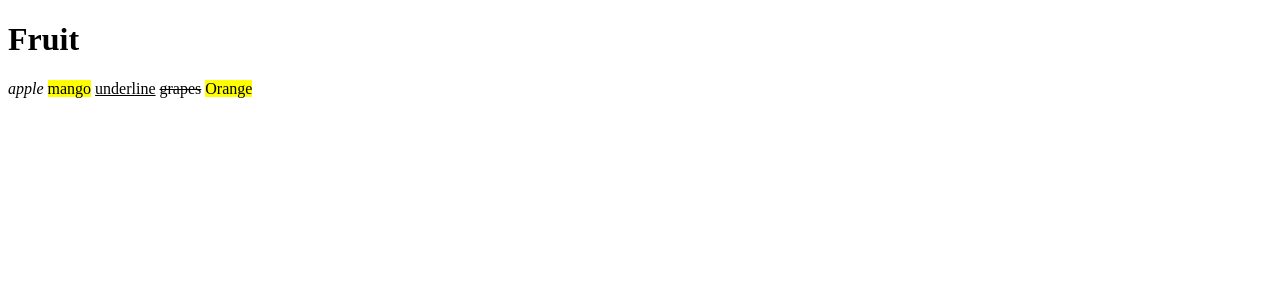
Repository: UshaWorks/WebTech
Page: HTML/index.html
These files come from the project's save history. The page is drawn as it stood at one moment and after the next save; the edit follows.
The browser window is 1280 px wide. The pictures show the whole page.

Above is the page before, as saved 2026-10-12 18:00:37.

After the next save:
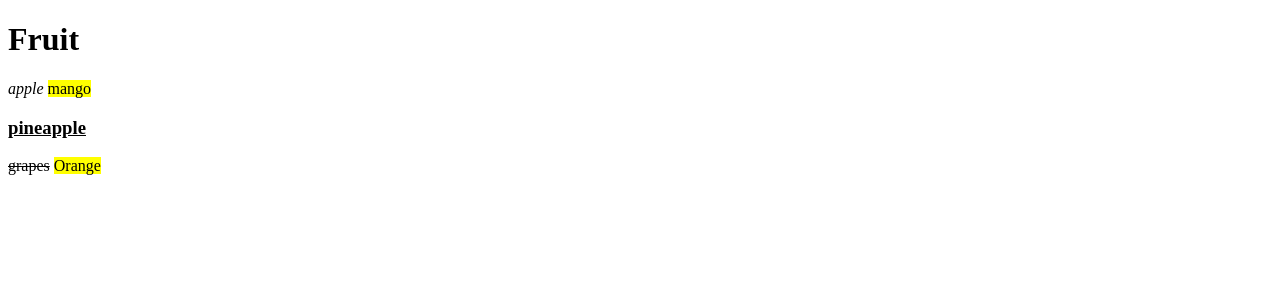
Saved 100 s later.
--- a/HTML/index.html
+++ b/HTML/index.html
@@ -10,8 +10,8 @@
 
     <i>apple</i>
     <mark>mango</mark>
-    <u>underline</u>
+    <u><h3>pineapple</h3></u>
     <strike>grapes</strike>
-    <mark>Orange</mark>
+    <mark><underline>Orange</underline></mark>
 </body>
 </html>
